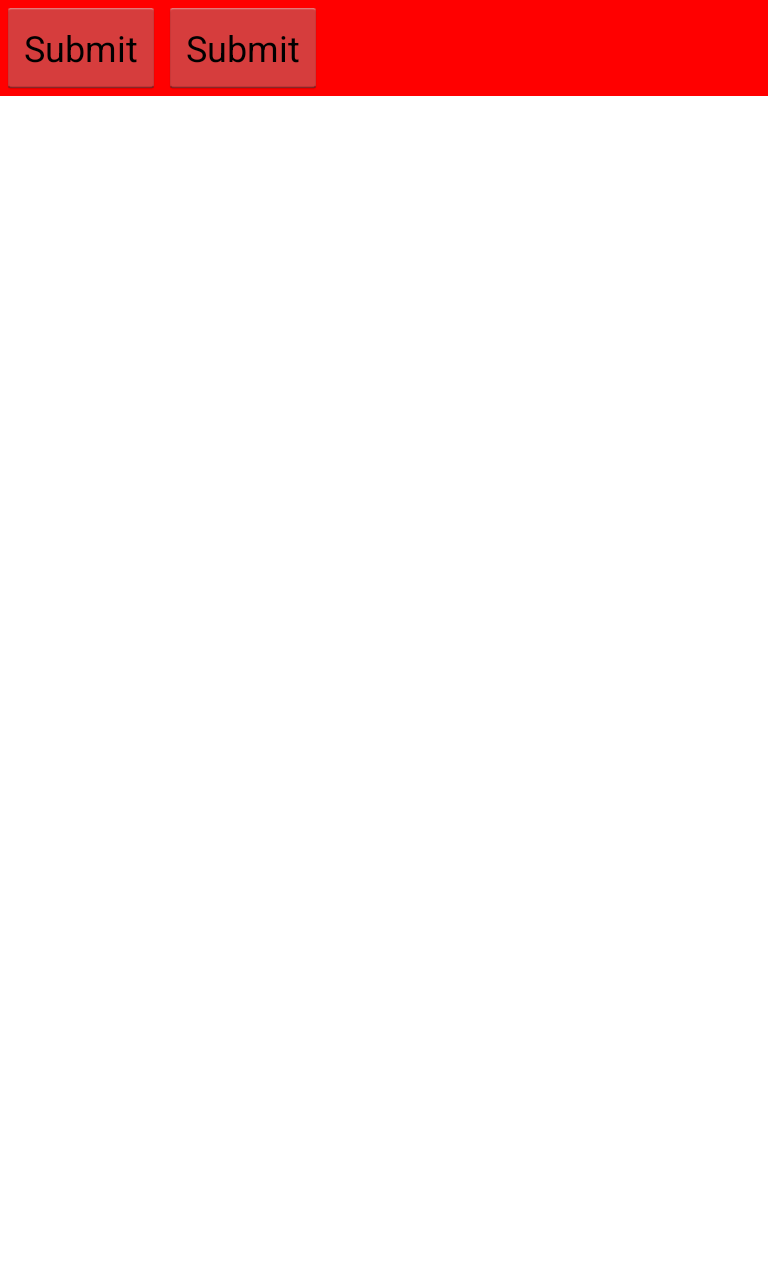
Repository: sbobra/women-startupweekend-sf
Layout: LaundryList/res/layout/activity_explore.xml
The author's editor kept a copy of each file at every save. The layout is drawn from the files as they stood at one save, then again after a run of saves.
It is drawn on a 768 x 1280 px phone screen (xhdpi) without system bars, with theme AppTheme; the app's code is not run. Lists and similar views that code fills are empty.

Above is the layout before, as saved 2013-09-15 03:18:06.

After the next 2 saves:
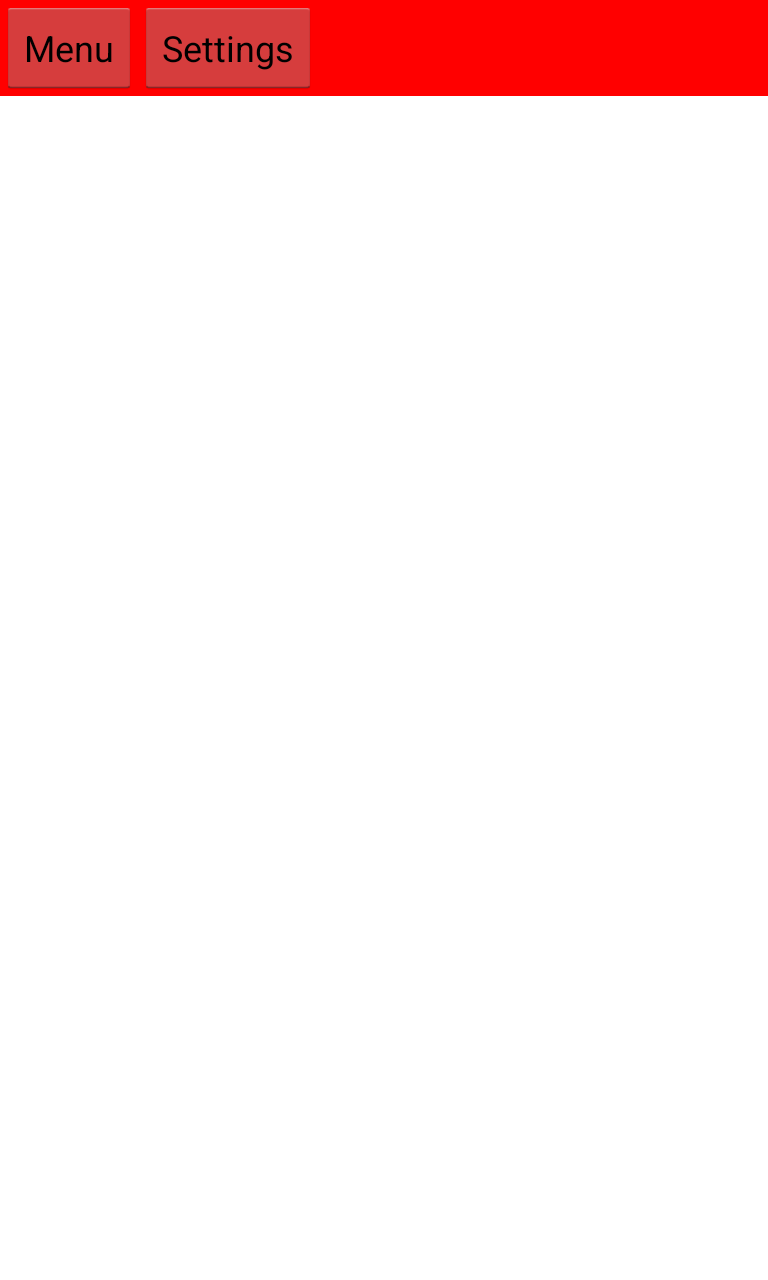
The 2 saves are shown as one change because they came seconds apart.
The last was saved 8 s later.
--- a/LaundryList/res/layout/activity_explore.xml
+++ b/LaundryList/res/layout/activity_explore.xml
@@ -29,14 +29,14 @@
         android:id="@+id/menuButton"
         android:layout_width="wrap_content"
         android:layout_height="wrap_content"
-        android:text="Submit" />
+        android:text="Menu" />
 
     <Button
         android:id="@+id/settingsButton"
         android:layout_width="wrap_content"
         android:layout_height="wrap_content"
         android:layout_gravity="right"
-        android:text="Submit" />
+        android:text="Settings" />
     </LinearLayout>
 
     <android.support.v4.view.ViewPager
